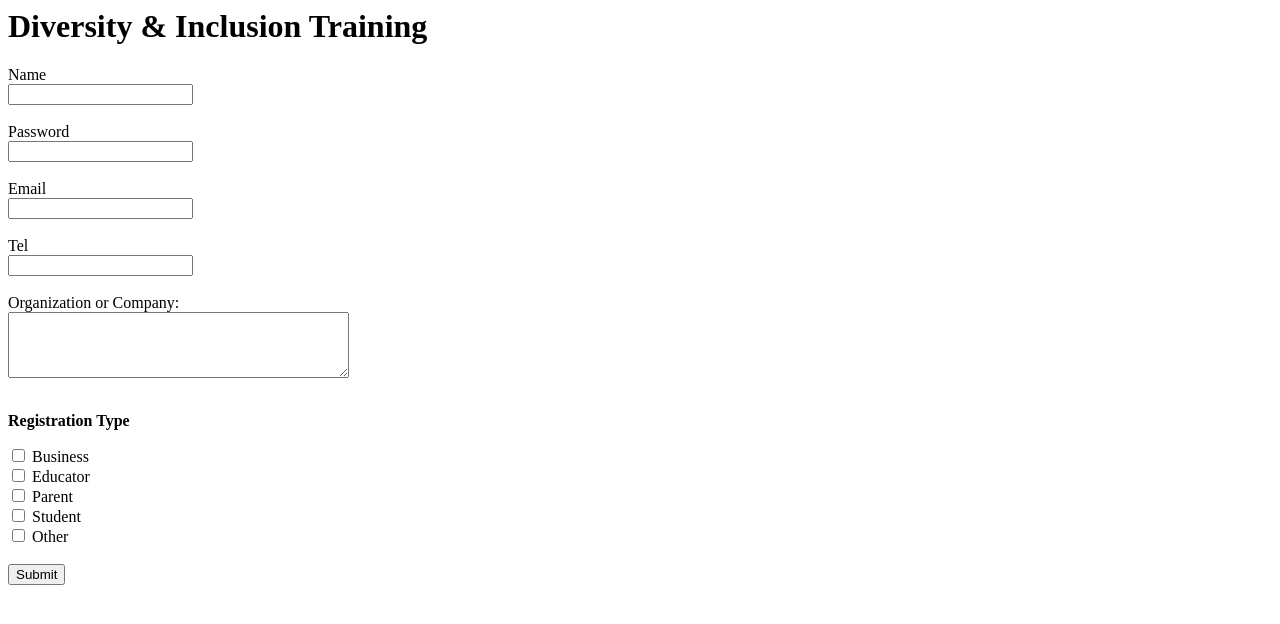
Repository: wafaa399/webDesigner-Tasks-wafaa-ahmed
Page: index.html
The author's editor kept a copy of each file at every save. The page is drawn from the files as they stood at one save, then again after the next save.
The browser window is 1280 px wide. The pictures show the whole page.

Above is the page before, as saved 2026-07-13 22:44:01.

After the next save:
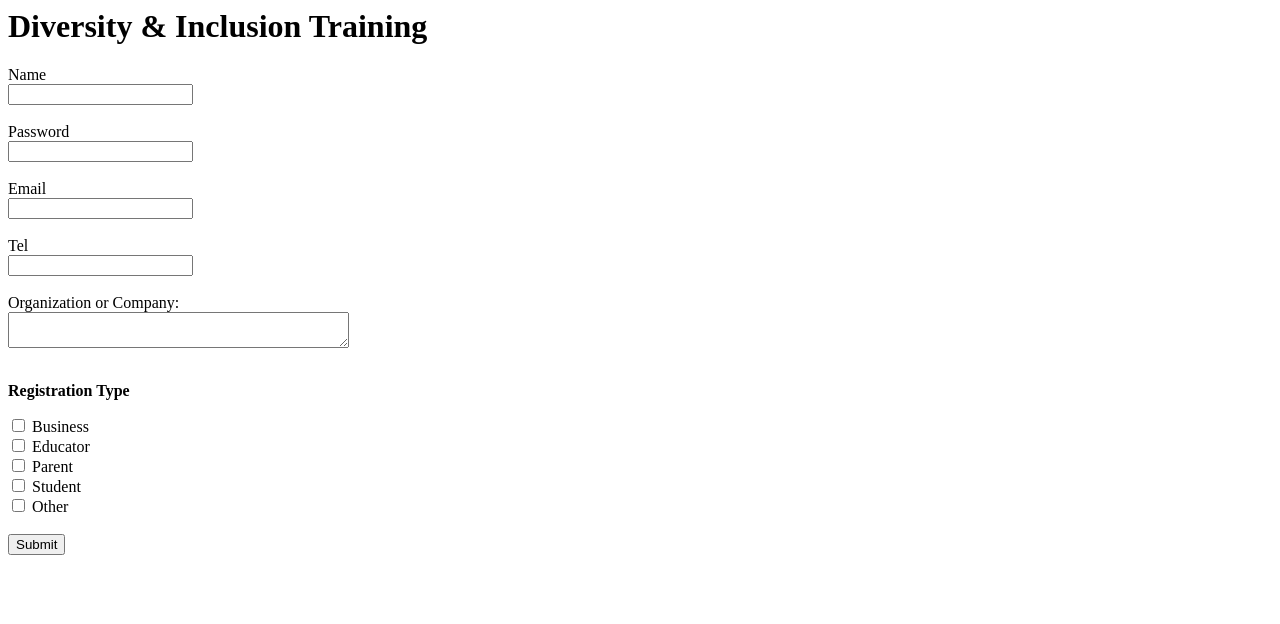
Saved 21 s later.
--- a/index.html
+++ b/index.html
@@ -31,7 +31,7 @@
       <br /><br />
 
       <label for="company">Organization or Company:</label><br />
-      <textarea id="company" name="company" rows="4" cols="40"></textarea>
+      <textarea id="company" name="company" rows="2" cols="40"></textarea>
       <br /><br />
 
       <p><strong>Registration Type</strong></p>
